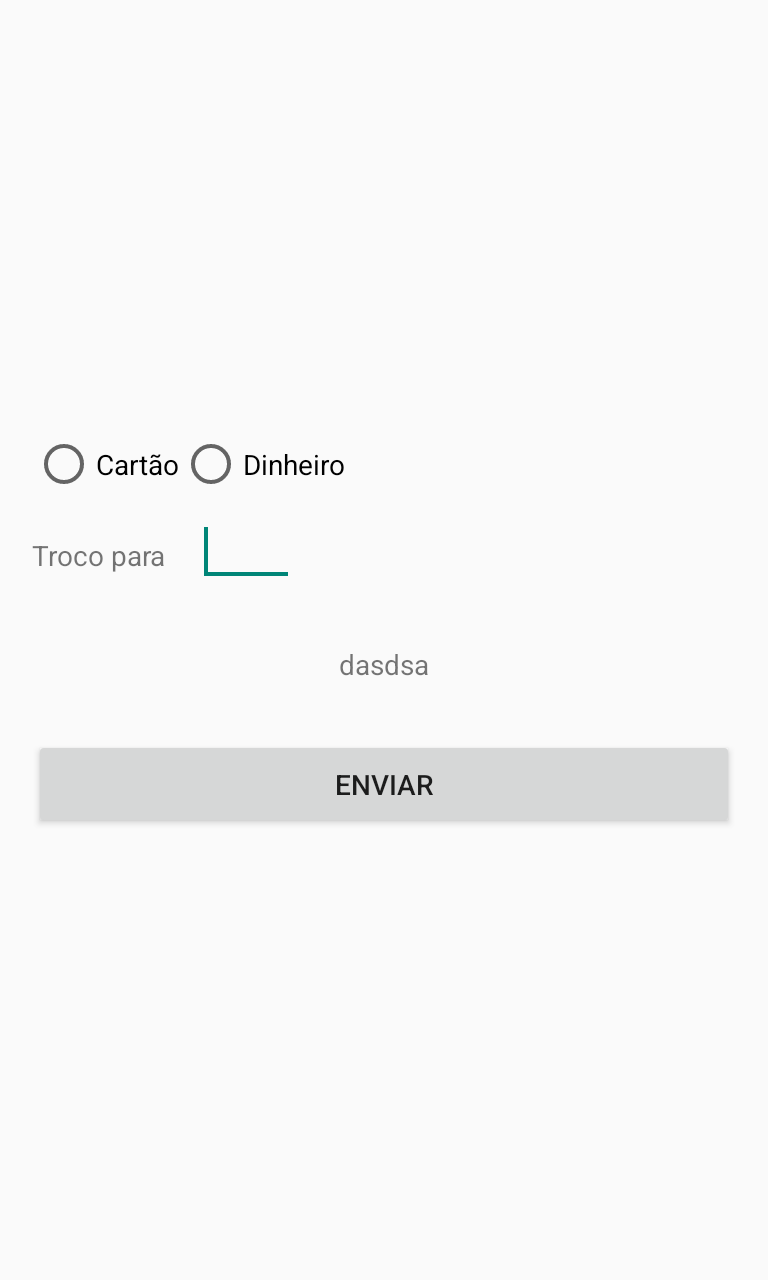
Repository: anzileiro/iot-mobilecup
Layout: iCinema/res/layout/activity_pedido.xml
The author's editor kept a copy of each file at every save. The layout is drawn from the files as they stood at one save, then again after the next save.
It is drawn on a 768 x 1280 px phone screen (xhdpi) without system bars, with theme AppTheme; the app's code is not run. Lists and similar views that code fills are empty.

Above is the layout before, as saved 2014-10-30 05:28:16.

After the next save:
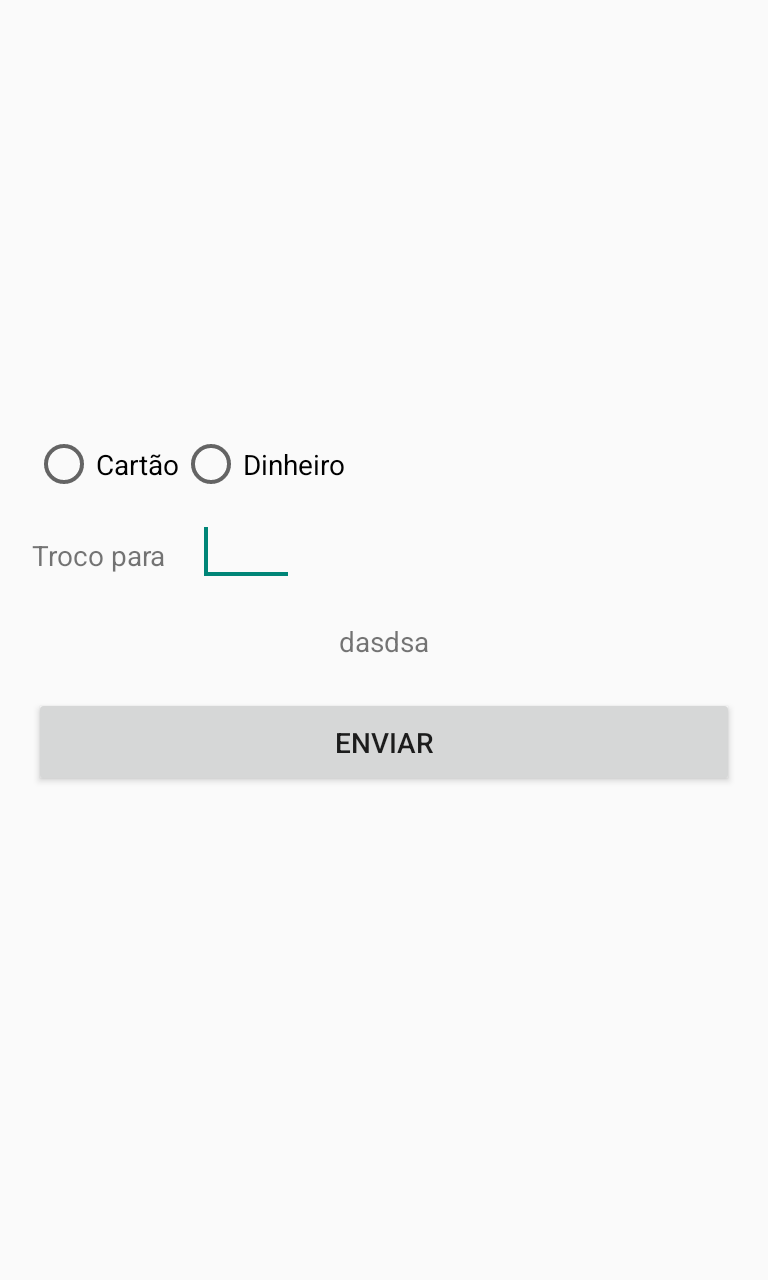
Saved 26 s later.
--- a/iCinema/res/layout/activity_pedido.xml
+++ b/iCinema/res/layout/activity_pedido.xml
@@ -49,16 +49,6 @@
        	        android:layout_weight="0.03"
        	        android:orientation="horizontal" >
 
-       	        <Button
-       	            android:id="@+id/button1"
-       	            android:layout_width="wrap_content"
-       	            android:layout_height="wrap_content"
-       	            android:layout_alignParentBottom="true"
-       	            android:layout_alignParentLeft="true"
-       	            android:layout_alignParentRight="true"
-       	            android:onClick="enviar"
-       	            android:text="Enviar" />
-
        	        <TextView
        	            android:id="@+id/textView1"
        	            android:layout_width="wrap_content"
@@ -86,10 +76,22 @@
        	            android:id="@+id/txtTotal"
        	            android:layout_width="wrap_content"
        	            android:layout_height="wrap_content"
+       	            android:layout_below="@+id/eteTrocoPara"
        	            android:layout_centerHorizontal="true"
-       	            android:layout_centerVertical="true"
+       	            android:layout_marginTop="16dp"
        	            android:gravity="bottom|left"
        	            android:text="dasdsa" />
+
+       	        <Button
+       	            android:id="@+id/button1"
+       	            android:layout_width="wrap_content"
+       	            android:layout_height="wrap_content"
+       	            android:layout_alignParentLeft="true"
+       	            android:layout_alignParentRight="true"
+       	            android:layout_below="@+id/txtTotal"
+       	            android:layout_marginTop="17dp"
+       	            android:onClick="enviar"
+       	            android:text="Enviar" />
 
        	    </RelativeLayout>
 
